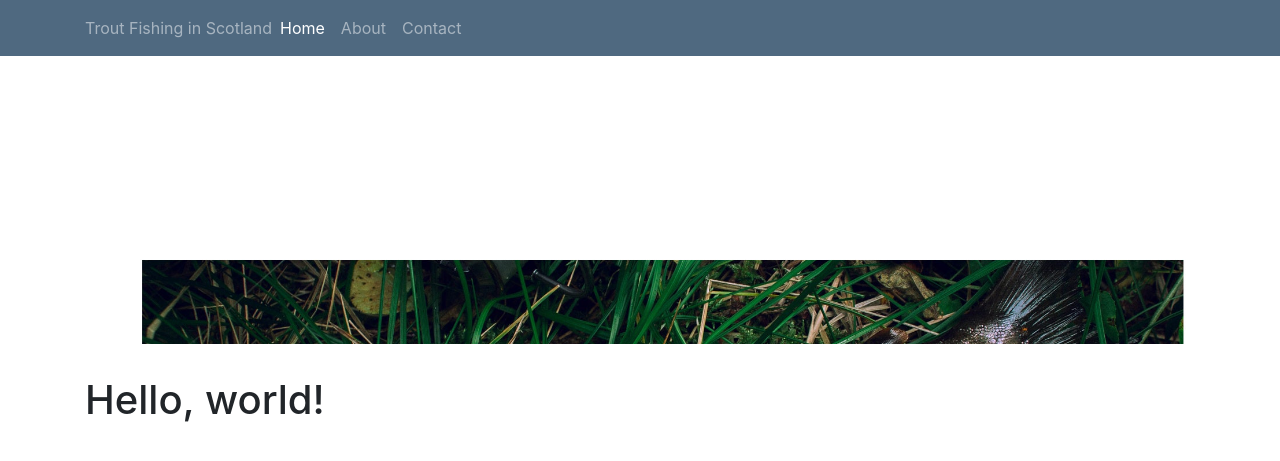
Repository: adrian9211/College_project
Page: index.html
These files come from the project's save history. The page is drawn as it stood at one moment and after the next save; the edit follows.
The browser window is 1280 px wide. The pictures show the whole page.

Above is the page before, as saved 2020-10-28 13:51:17.

After the next save:
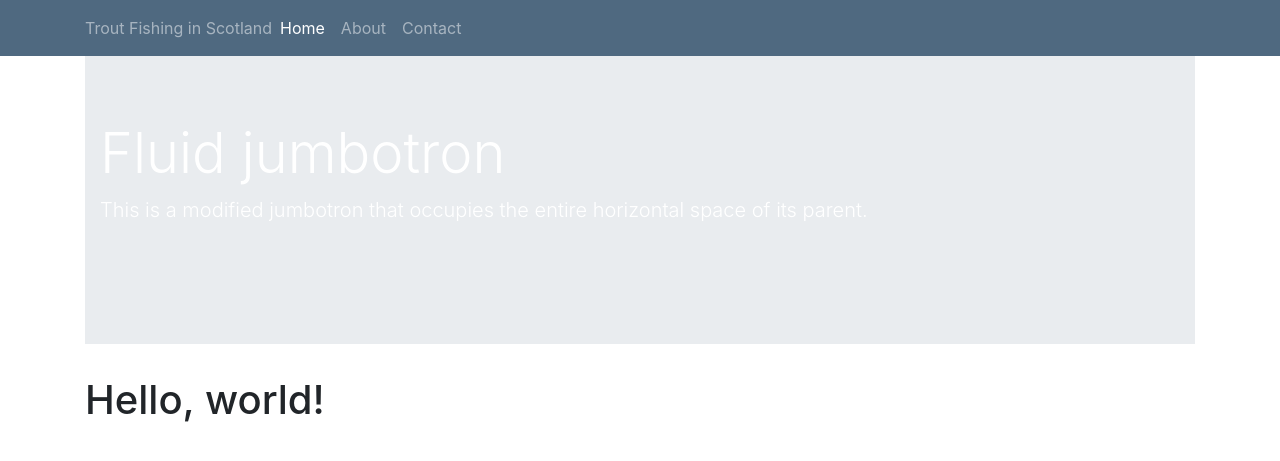
Not found: img/trout_jumbotron.
Saved 5 s later.
--- a/css/style.css
+++ b/css/style.css
@@ -1,5 +1,5 @@
 .jumbotron {
-    background-image: url("../img/trout_jumbotron.jpg");
+    background-image: url("../img/trout_jumbotron.");
     background-size: cover;
     height: 40vh;
 }

After the 4 saves that followed:
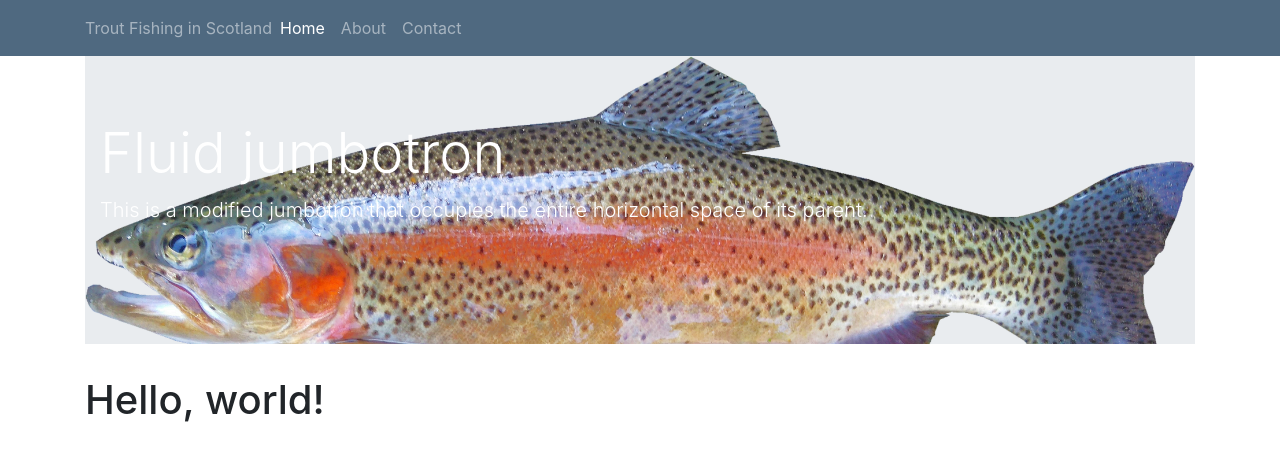
The 4 saves are shown as one change because 1 left the picture as it was and some came seconds apart.
The last was saved 113 s later.
--- a/css/style.css
+++ b/css/style.css
@@ -1,5 +1,5 @@
 .jumbotron {
-    background-image: url("../img/trout_jumbotron.");
+    background-image: url("../img/trout.png");
     background-size: cover;
     height: 40vh;
 }
